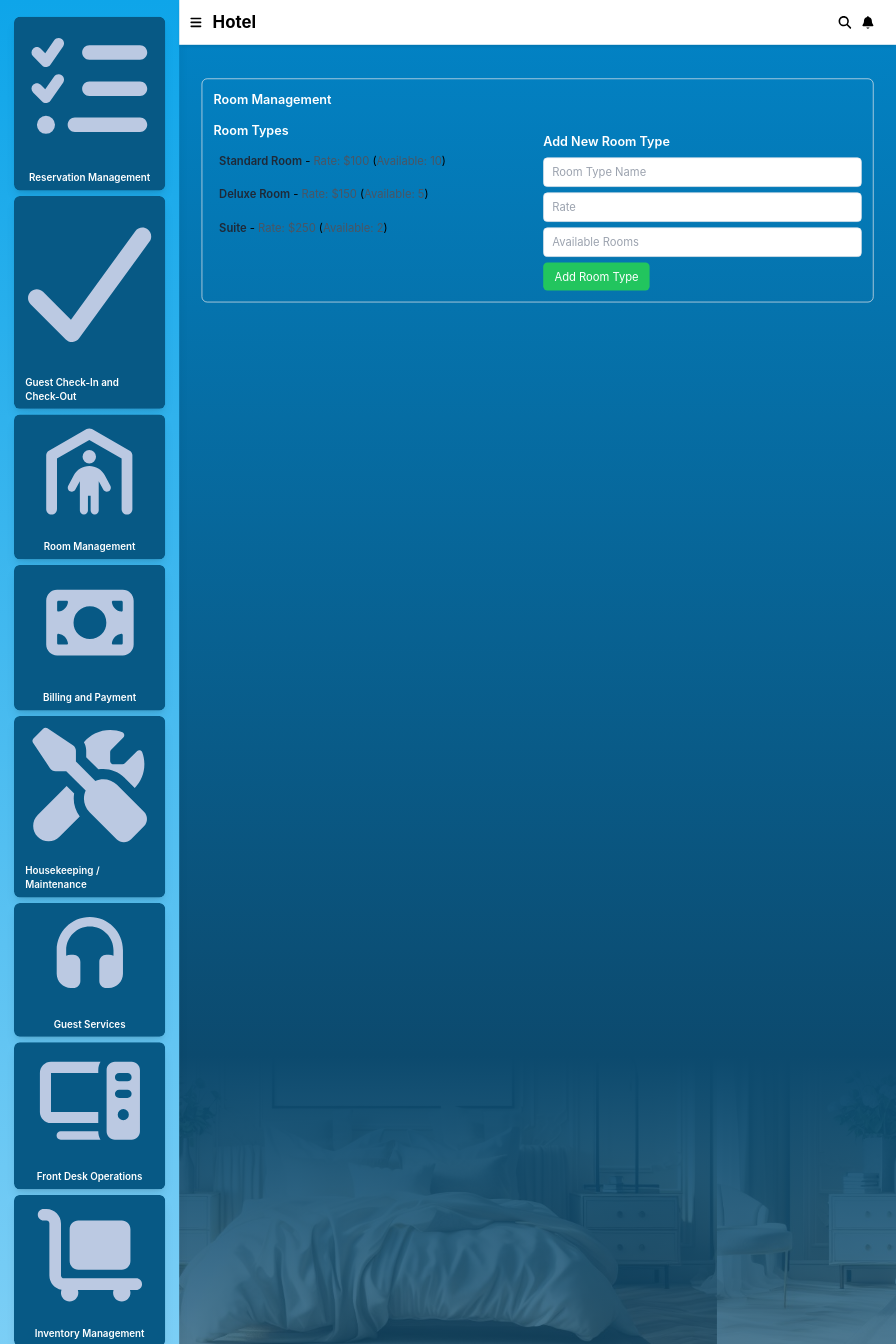
Repository: musabismael/Hotel
Page: /room_management
These files come from the project's save history. The page is drawn as it stood at one moment and after the next save; the edit follows.
The browser window is 1280 px wide. The pictures show the part of the page from y = 0 to 1920 px (the page is 3016 px tall), at 70% of full size.
The project was rebuilt for these pictures with package versions that can differ from the ones it lists, and the page was loaded fresh each time. Also part of the build but not shown: vite.config.js, src/App.css, src/pages/ReservationManagement.jsx, src/pages/GuestCheckInOut.jsx, src/pages/BillingPayment.jsx, src/pages/HousekeepingMaintenance.jsx, src/pages/GuestServices.jsx, src/pages/FrontDeskOperations.jsx and 5 more.

Above is the page before, as saved 2023-10-01 19:15:11.

After the next save:
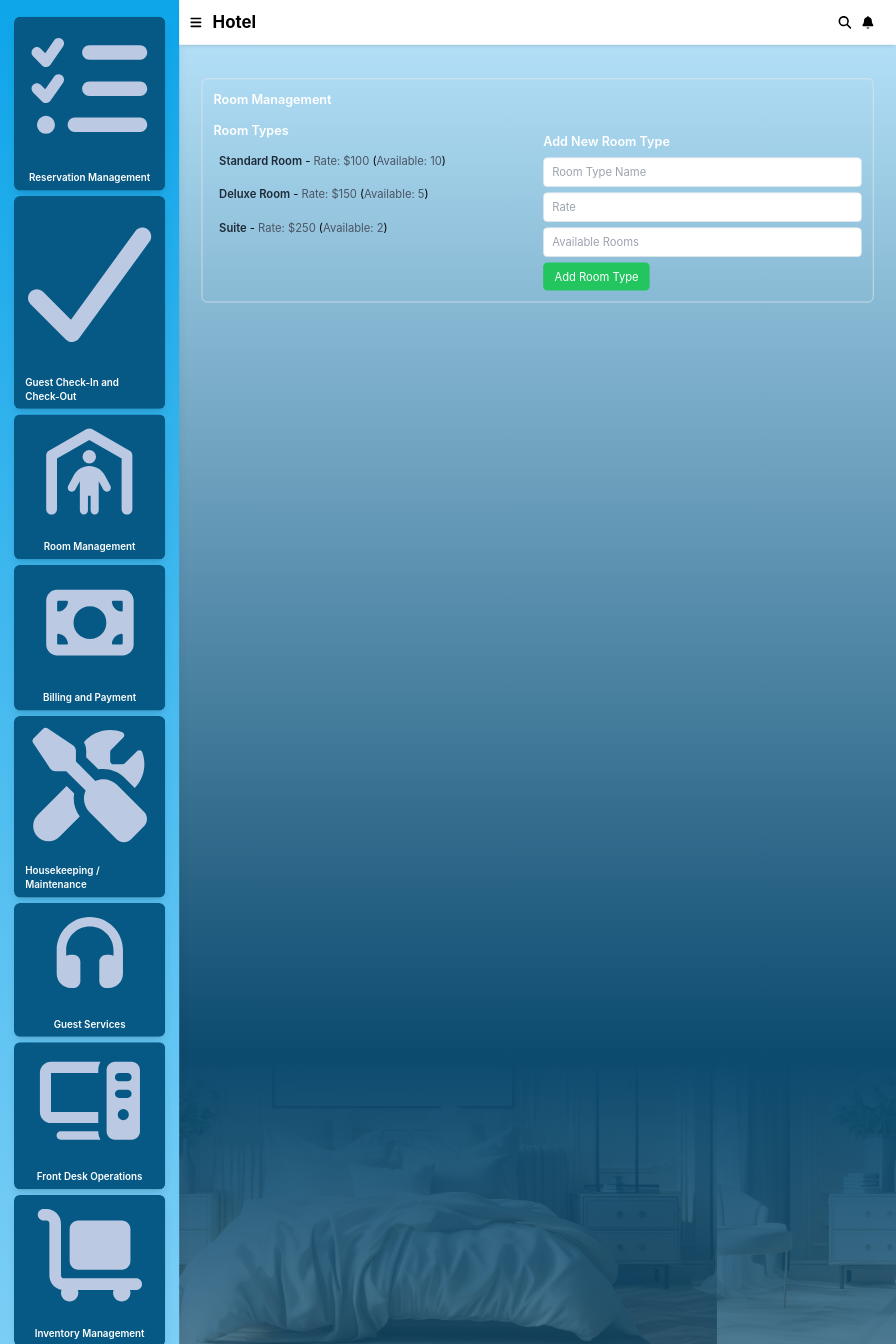
Saved 26 s later.
--- a/src/layouts/LandingPageLayout.jsx
+++ b/src/layouts/LandingPageLayout.jsx
@@ -3,7 +3,7 @@ import Header from "../component/Header";
 import Sidebar from "../component/Sidebar";
 const LandingPageLayout = () => {
   return (
-    <div className="flex bg-gradient-to-b from-sky-600 via-sky-900">
+    <div className="flex bg-gradient-to-b from-sky-200 via-sky-900">
       <Sidebar />
 
       <div className="flex-1">
